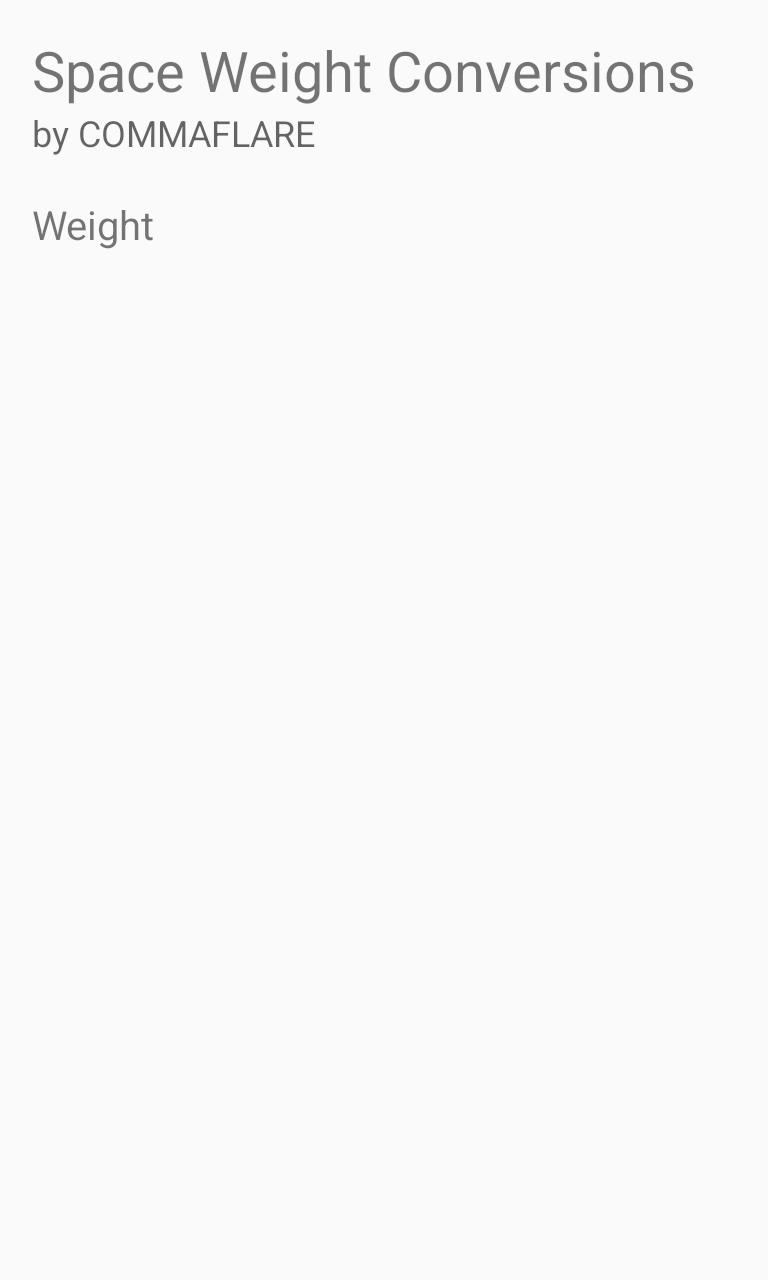
Repository: xxbeastli343xx/Diabolical-Turtle
Layout: App/WeightConversions/res/layout/activity_conversion.xml
An editor plug-in stored every save of this project. The layout is shown before and after the next save, followed by the edit.
It is drawn on a 768 x 1280 px phone screen (xhdpi) without system bars, with theme AppTheme; the app's code is not run.

Above is the layout before, as saved 2014-09-30 04:19:59.

After the next save:
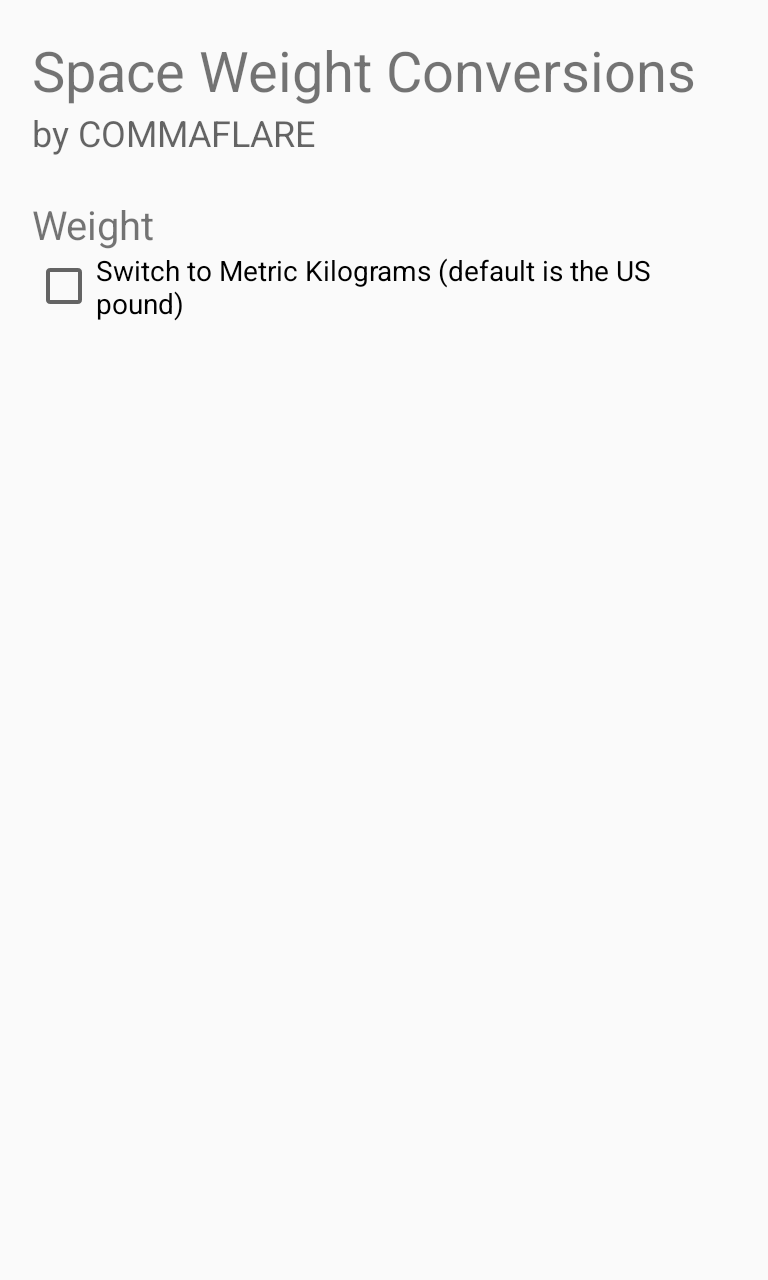
Saved 3 min 43 s later.
--- a/App/WeightConversions/res/layout/activity_conversion.xml
+++ b/App/WeightConversions/res/layout/activity_conversion.xml
@@ -36,6 +36,12 @@
             android:text="@string/weight"
             android:textSize="20sp" />
 
+        <CheckBox
+            android:id="@+id/checkBox1"
+            android:layout_width="wrap_content"
+            android:layout_height="wrap_content"
+            android:text="@string/checkMetrics" />
+
     </LinearLayout>
 
 </RelativeLayout>
--- a/App/WeightConversions/res/values/strings.xml
+++ b/App/WeightConversions/res/values/strings.xml
@@ -7,6 +7,6 @@
     <string name="titleText">Space Weight Conversions</string>
     <string name="creatorName">by COMMAFLARE</string>
     <string name="weight">Weight</string>
-    <string name="checkMetrics">Switch to Metric Units</string>
+    <string name="checkMetrics">Switch to Metric Kilograms (default is the US pound)</string>
 
 </resources>
